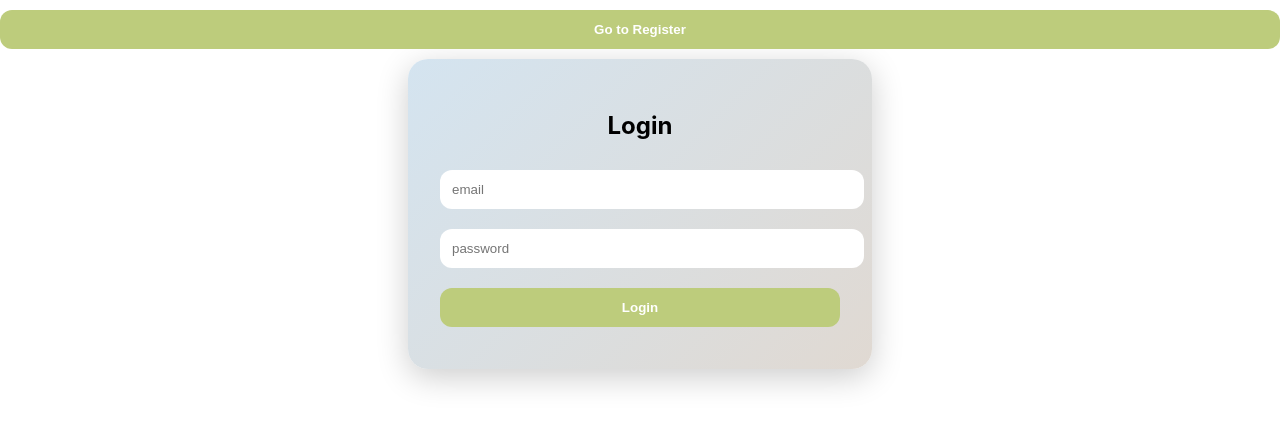
Repository: aab232/https---github.com-aab232-Deferred-Payment-Platform
Page: / (app in frontend/)
The author's editor kept a copy of each file at every save. The page is drawn from the files as they stood at one save, then again after the next save.
The browser window is 1280 px wide. The pictures show the whole page.
The project was rebuilt for these pictures with package versions that can differ from the ones it lists, and the page was loaded fresh each time. Also part of the build but not shown: frontend/src/components/Register.js.

Above is the page before, as saved 2025-03-14 01:22:27.

### frontend/src/App.js
import React, { useState } from "react";
import Register from "./components/Register";
import Login from "./components/Login";

const App = () => {
    const [showLogin, setShowLogin] = useState(true);

    return (
        <div>
            <button onClick={() => setShowLogin(!showLogin)}>
                {showLogin ? "Go to Register" : "Go to Login"}
            </button>
            {showLogin ? <Login /> : <Register />}
        </div>
    );
};

export default App;

### frontend/src/components/Login.js
import React, { useState } from "react";
import axios from "axios";
import "./Login.css"; // Import the CSS for Login page

const Login = () => {
    const [formData, setFormData] = useState({
        email: "",
        password: "",
    });

    const handleChange = (e) => {
        setFormData({ ...formData, [e.target.name]: e.target.value });
    };

    const handleSubmit = async (e) => {
        e.preventDefault();
        try {
            const response = await axios.post("http://localhost:5000/login", formData);
            alert(response.data.message);
        } catch (error) {
            alert(error.response?.data.message || "Login failed.");
        }
    };

    return (
        <div className="container">
            <h2>Login</h2>
            <form onSubmit={handleSubmit}>
                {Object.keys(formData).map((field) => (
                    <input
                        key={field}
                        type={field === "password" ? "password" : "text"}
                        name={field}
                        placeholder={field}
                        value={formData[field]}
                        onChange={handleChange}
                        required
                    />
                ))}
                <button type="submit">Login</button>
            </form>
        </div>
    );
};

export default Login;

### frontend/src/components/Register.css
/* Styling for the Registration Form */
.form-container {
    max-width: 400px;
    margin: auto;
    padding: 2rem;
    background: linear-gradient(135deg, #ffafbd, #ffc3a0);
    border-radius: 20px;
    box-shadow: 0 8px 32px rgba(0, 0, 0, 0.2);
    text-align: center;
  }

  input, button {
    margin: 10px 0;
    padding: 12px;
    width: 100%;
    border-radius: 12px;
    border: none;
  }

  button {
    background-color: #6a11cb;
    color: white;
    font-weight: bold;
    cursor: pointer;
  }

  p {
    cursor: pointer;
    color: #6a11cb;
  }

### frontend/src/components/Login.css
/* Styling for the Login Form */
.container {
    max-width: 400px;
    margin: auto;
    padding: 2rem;
    background: linear-gradient(135deg, #d4e4f0, #E0D9D2);
    border-radius: 20px;
    box-shadow: 0 8px 32px rgba(0, 0, 0, 0.2);
    text-align: center;
  }

  input, button {
    margin: 10px 0;
    padding: 12px;
    width: 100%;
    border-radius: 12px;
    border: none;
  }

  button {
    background-color: #BDCC7C;
    color: white;
    font-weight: bold;
    cursor: pointer;
  }

  p {
    cursor: pointer;
    color: #BDCC7C;
  }

Loaded but not shown: frontend/public/index.html (common file); frontend/src/index.js (common file); frontend/src/index.css (common file); frontend/src/reportWebVitals.js (common file)

After the next save:
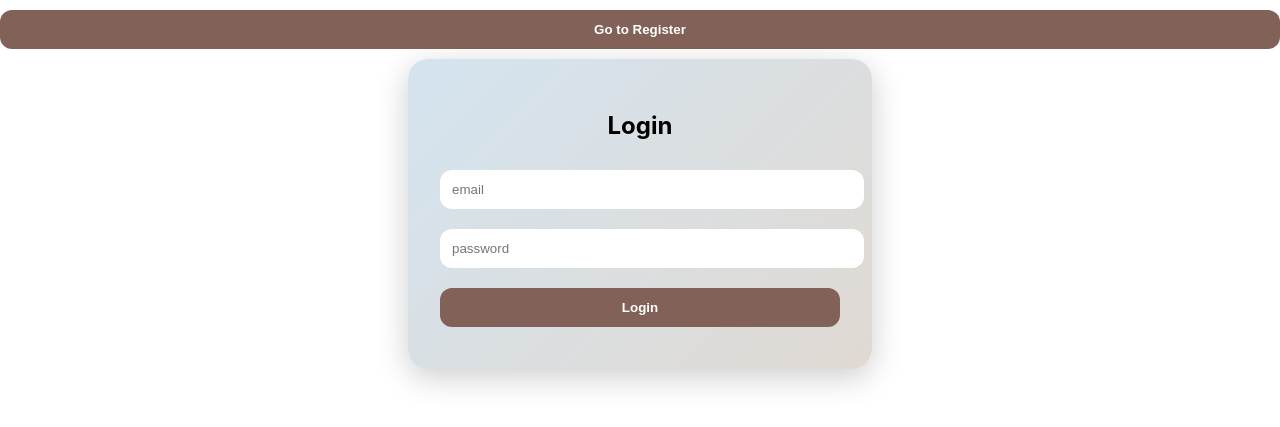
Saved 26 s later.
--- a/frontend/src/components/Login.css
+++ b/frontend/src/components/Login.css
@@ -18,7 +18,7 @@
   }
 
   button {
-    background-color: #BDCC7C;
+    background-color: #826258;
     color: white;
     font-weight: bold;
     cursor: pointer;
@@ -26,5 +26,5 @@
 
   p {
     cursor: pointer;
-    color: #BDCC7C;
+    color: #826258;
   }
